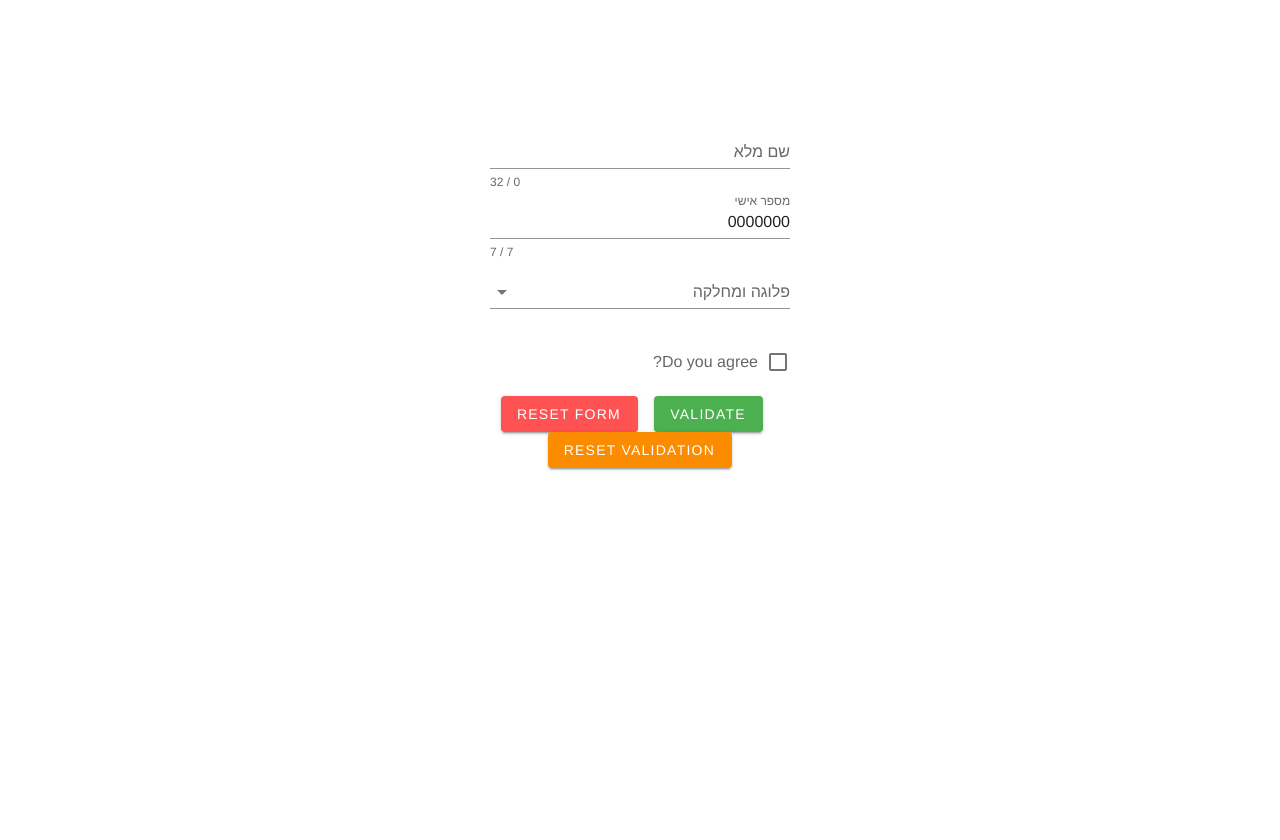
Repository: Natanhel/klitat-tash
Page: /
An editor plug-in stored every save of this project. The page is shown before and after the next save, followed by the edit.
The browser window is 1280 px wide. The pictures show the whole page.
The page's requests for data from a server got no answer. The project was rebuilt for these pictures with package versions that can differ from the ones it lists, and the page was loaded fresh each time. No one was signed in, and anything a server would have sent is missing. Also part of the build but not shown: vue.config.js.

Above is the page before, as saved 2020-12-01 17:02:00.

### src/App.vue
<template>
  <div id="app">
    <v-app>
      <v-form
        ref="form"
        v-model="valid"
        lazy-validation
      >
        <v-text-field
          v-model="name"
          :counter="32"
          :rules="nameRules"
          label="שם מלא"
          required
        ></v-text-field>

        <v-text-field
          v-model="pernr"
          :counter="7"
          :rules="pernrRules"
          label="מספר אישי"
          required
        ></v-text-field>

        <v-select
          v-model="select"
          :items="items"
          :rules="[v => !!v || 'נדרש להזין פלוגה ומחלקה']"
          label="פלוגה ומחלקה"
          required
        ></v-select>

        <v-checkbox
          v-model="checkbox"
          :rules="[v => !!v || 'You must agree to continue!']"
          label="Do you agree?"
          required
        ></v-checkbox>

        <v-btn
          :disabled="!valid"
          color="success"
          class="mr-4"
          @click="validate"
        >
          Validate
        </v-btn>

        <v-btn
          color="error"
          class="mr-4"
          @click="reset"
        >
          Reset Form
        </v-btn>

        <v-btn
          color="warning"
          @click="resetValidation"
        >
          Reset Validation
        </v-btn>
      </v-form>
    </v-app>
  </div>
</template>

<script>
import axios from 'axios';

export default {
  name: 'App',
  mounted(){
    // login
    const data = JSON.stringify({"password":"passward","email":"natanhelp@gmail.com"});

    const config = {
      method: 'post',
      url: 'https://nat-task-manager.herokuapp.com/users/login',
      headers: {
        'Content-Type': 'application/json'
      },
      data : data
    };

    axios(config)
      .then((response) => {
        console.log(JSON.stringify(response.data));
      })
      .catch((error) => {
        console.log(error);
      })
  },

  data: () => ({
    valid: true,
    name: '',
    nameRules: [
      v => !!v || 'נדרש להזין שם',
      v => (v && v.length <= 4) || 'על השם להיות ארוך מ-4 תווים',
    ],
    pernr: '0000000',
    pernrRules: [
      v => !!v || 'נדרש להזין מספר אישי',
      v => !(v.length !== 7) || 'על המספר להיות בדיוק 7 תווים'
    ],
    select: null,
    items: [
      'ו1',
      'ו2',
      'ו3',
      'ו4',
      'ו5',
    ],
    checkbox: false,
  }),
  methods: {
    validate () {
      this.$refs.form.validate()
    },
    reset () {
      this.$refs.form.reset()
    },
    resetValidation () {
      this.$refs.form.resetValidation()
    },
  },
}
</script>

<style>
#app {
  font-family: Avenir, Helvetica, Arial, sans-serif;
  -webkit-font-smoothing: antialiased;
  -moz-osx-font-smoothing: grayscale;
  text-align: center;
  color: #2c3e50;
  margin-top: 60px;
}

form
{
  width: 300px;
}

#app
{
  display: flex;
  align-items: center;
  justify-content: center;
}
</style>

### src/plugins/vuetify.js
import Vue from 'vue';
import Vuetify from 'vuetify/lib';

Vue.use(Vuetify);

export default new Vuetify({
    rtl: true,
});

Loaded but not shown: public/index.html (common file); src/main.js (common file)

After the next save:
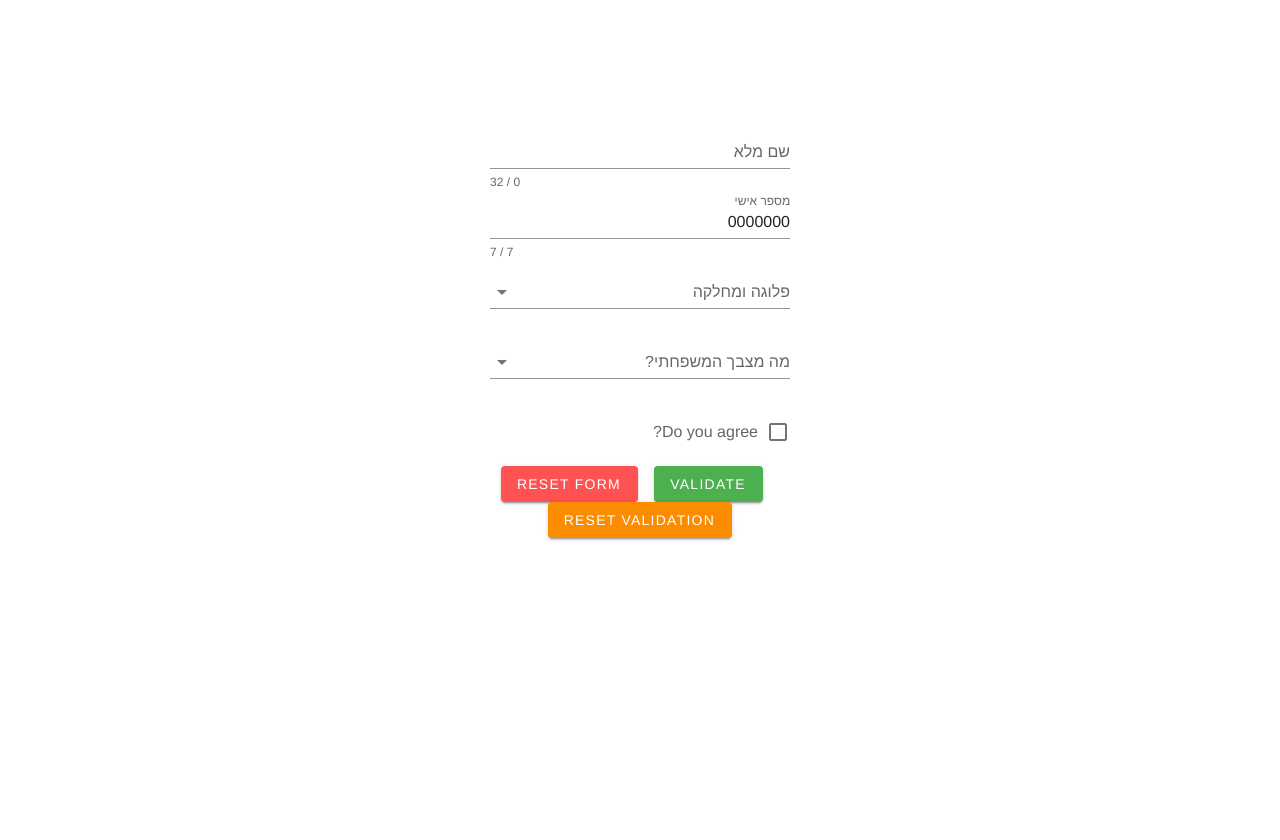
Saved 49 s later.
--- a/src/App.vue
+++ b/src/App.vue
@@ -27,6 +27,14 @@
           :items="items"
           :rules="[v => !!v || 'נדרש להזין פלוגה ומחלקה']"
           label="פלוגה ומחלקה"
+          required
+        ></v-select>
+
+        <v-select
+          v-model="select"
+          :items="items"
+          :rules="[v => !!v || 'נדרש להזין מצב משפחתי']"
+          label="מה מצבך המשפחתי?"
           required
         ></v-select>
 
